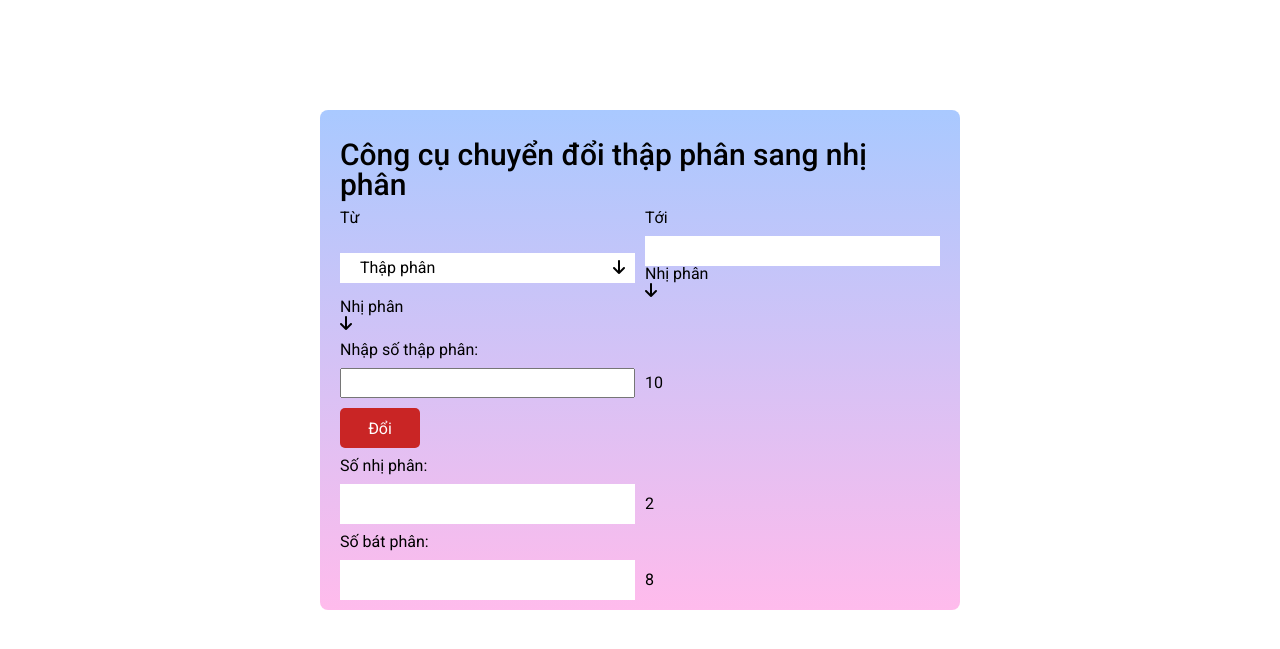
Repository: thuanpham00/covertNumber
Page: index.html
The author's editor kept a copy of each file at every save. The page is drawn from the files as they stood at one save, then again after a run of saves.
The browser window is 1280 px wide. The pictures show the whole page.
Some web libraries are served in a nearby version. The style sheet was rebuilt from its Sass, Less or Tailwind sources for each picture, by a compiler version that may differ from the author's.

Above is the page before, as saved 2023-11-05 16:42:46.

After the next 2 saves:
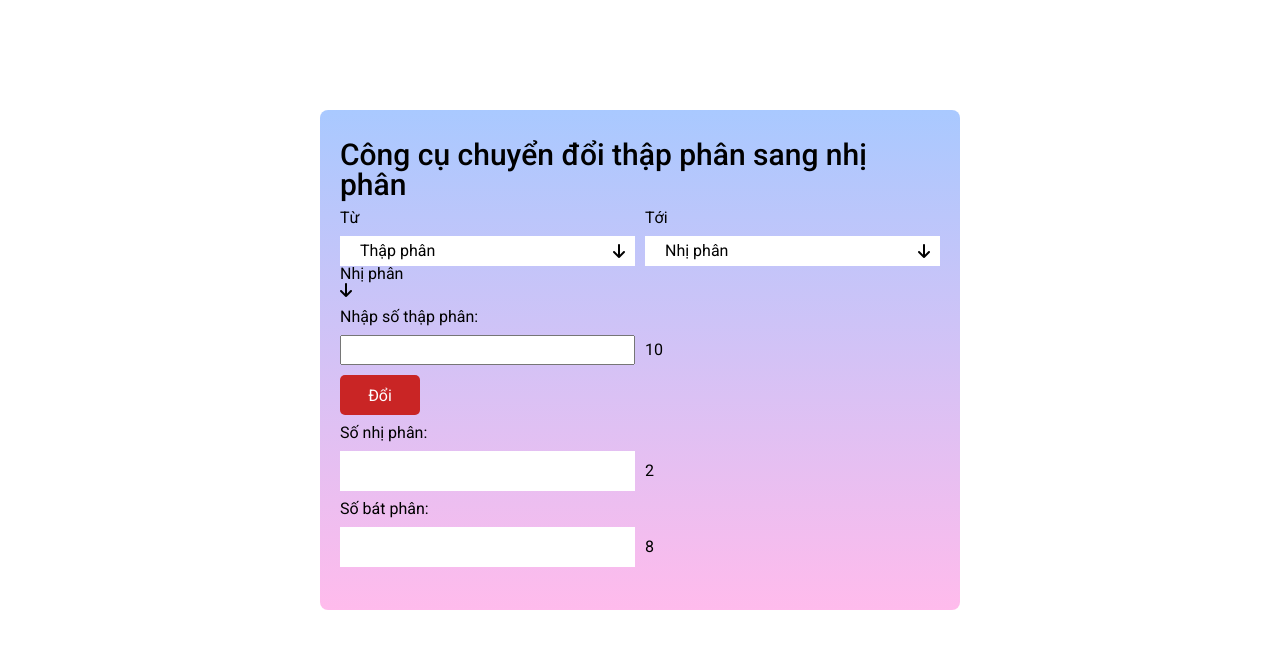
Console error: TypeError: Cannot read properties of null (reading 'addEventListener')
The 2 saves are shown as one change because they came seconds apart.
The last was saved 8 s later.
--- a/index.html
+++ b/index.html
@@ -28,8 +28,7 @@
                     </div>
                 </div>
 
-                <div class="row__list">
-                    <div class="row__type"></div>
+                <div class="row__type">
                     <div class="row__item">Nhị phân</div>
                     <div class="row__icon">
                         <i class="fa-solid fa-arrow-down"></i>
